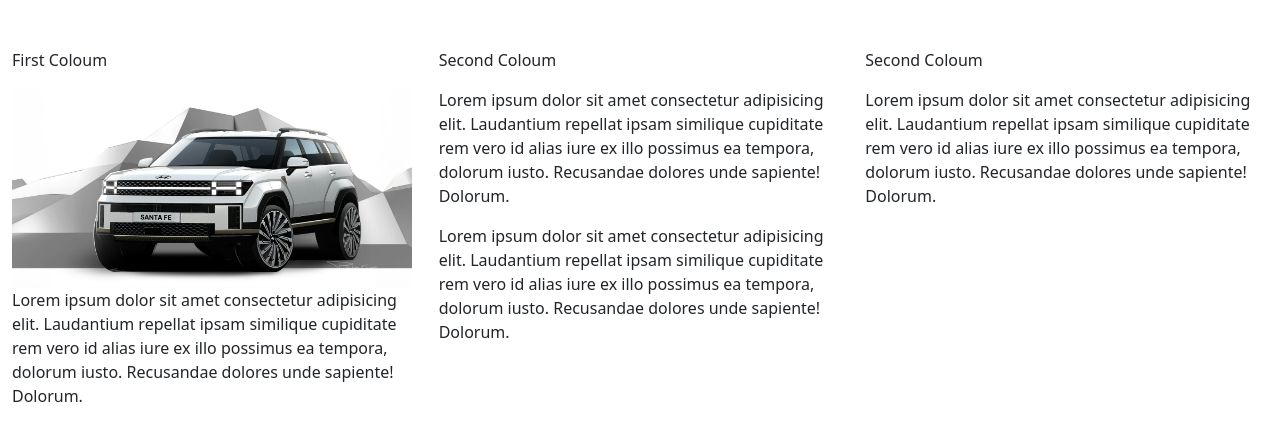
Repository: Femi007-gh/Classwork
Page: index.html
These files come from the project's save history. The page is drawn as it stood at one moment and after the next save; the edit follows.
The browser window is 1280 px wide. The pictures show the whole page.

Above is the page before, as saved 2025-01-31 11:03:48.

After the next save:
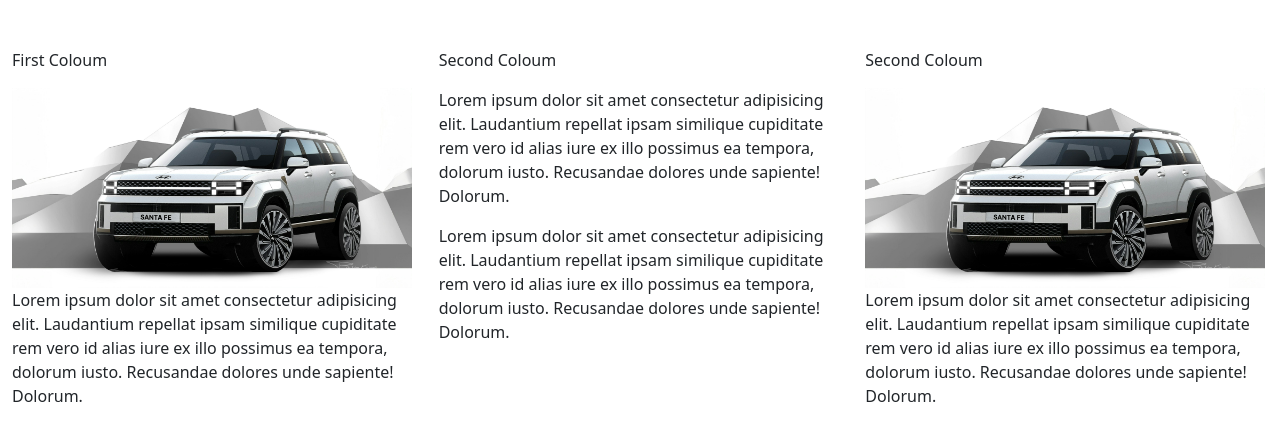
Saved 9 s later.
--- a/index.html
+++ b/index.html
@@ -20,7 +20,7 @@
       </div>
       <div class="col-4">
         <p>Second Coloum</p>
-
+        <img class="img-fluid" src="suv.jpeg">
         <p>Lorem ipsum dolor sit amet consectetur adipisicing elit. Laudantium repellat ipsam similique cupiditate rem vero id alias iure ex illo possimus ea tempora, dolorum iusto. Recusandae dolores unde sapiente! Dolorum.</p>
 
         </div>
